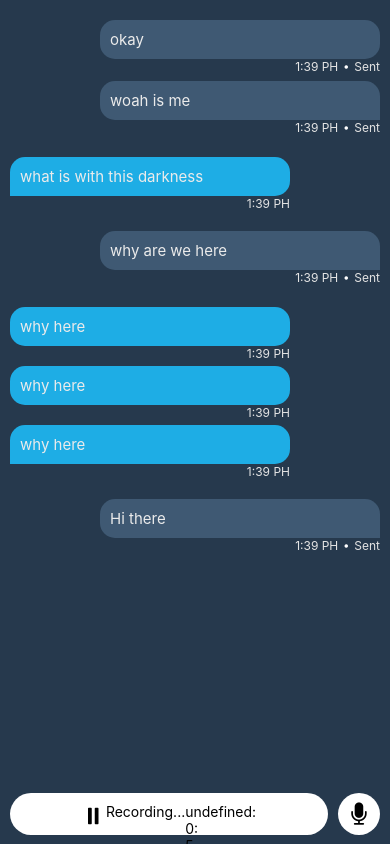
Repository: TemoshoS/chatta
Screen: /ChatRoom
An editor plug-in stored every save of this project. The screen is shown before and after a run of saves, followed by the edit.
The page's requests for data from a server got no answer. The app was drawn by React Native's web renderer in a window 390 px wide. The project was rebuilt for these pictures with package versions that can differ from the ones it lists, and the page was loaded fresh each time. Some packages were replaced by stand-ins written for this rebuild. No one was signed in, and anything a server would have sent is missing. Also part of the build but not shown: components/ChatListItem.js, components/HomeSearchComponent.js, components/CameraComponent.js, components/ChatRequest.js, components/FAB.js, pages/HomeScreen.js, pages/RegisterScreen.js, pages/LoginScreen.js.

Above is the screen before, as saved 2023-08-23 14:43:16.

After the next 8 saves:
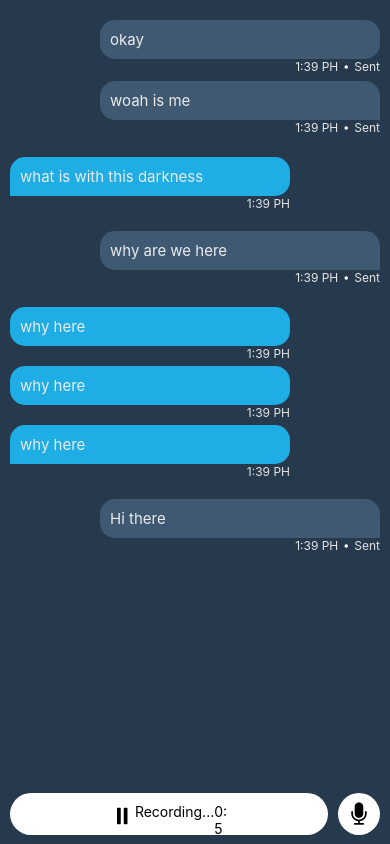
The 8 saves are shown as one change because they came seconds apart.
The last was saved 39 s later.
--- a/components/ChatInputComponent.js
+++ b/components/ChatInputComponent.js
@@ -74,7 +74,7 @@ export default function ChatInputComponent({
             </TouchableOpacity>
             <Text>Recording...</Text>
             <View>
-                <Text>{hours + ':'}</Text>
+                {hours && <Text>{hours + ':'}</Text>}
                 <Text>{minutes + ':'}</Text>
                 <Text>{seconds}</Text>
             </View>
